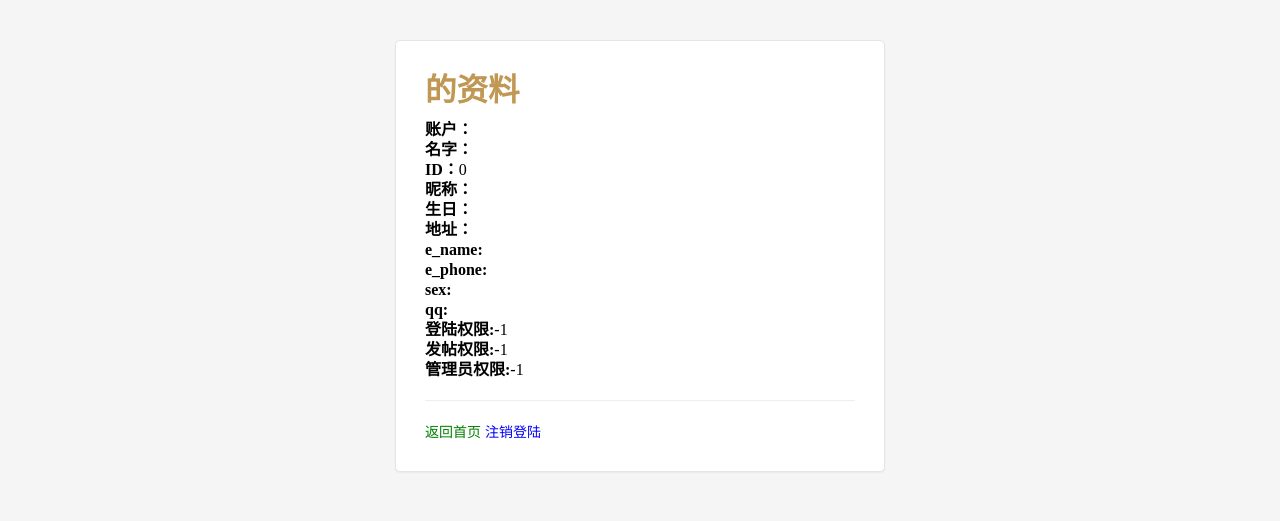
Repository: hbisheng/Academic-portal-website
Page: http://localhost/NewInfo/account/user_info.jsp
The author's editor kept a copy of each file at every save. The page is drawn from the files as they stood at one save, then again after a run of saves.
The browser window is 1280 px wide. The pictures show the whole page.
The page is served by Tomcat 9. Other server files are loaded and not shown.

Above is the page before, as saved 2014-09-21 19:08:40.

### Java_info/NewInfo/WebContent/account/user_info.jsp
<%@page import="edu.thu.cs.*" %>
<%@page import="jdbc.JdbcDao"%>

<%@ page language="java" contentType="text/html; charset=UTF-8"
    pageEncoding="UTF-8"%>
<!DOCTYPE html PUBLIC "-//W3C//DTD HTML 4.01 Transitional//EN" "http://www.w3.org/TR/html4/loose.dtd">
<html lang="en">
<head>
<meta http-equiv="Content-Type" content="text/html; charset=UTF-8">

<link href="../bootstrap/css/bootstrap.css" rel="stylesheet">
<link href="../bootstrap/css/bootstrap-responsive.css" rel="stylesheet">
<style type="text/css">
      body {
        padding-top: 40px;
        padding-bottom: 40px;
        background-color: #f5f5f5;
      }
      .form-signin {
        max-width: 430px;
        padding: 19px 29px 29px;
        margin: 0 auto 20px;
        background-color: #fff;
        border: 1px solid #e5e5e5;
        -webkit-border-radius: 5px;
           -moz-border-radius: 5px;
                border-radius: 5px;
        -webkit-box-shadow: 0 1px 2px rgba(0,0,0,.05);
           -moz-box-shadow: 0 1px 2px rgba(0,0,0,.05);
                box-shadow: 0 1px 2px rgba(0,0,0,.05);
      }
      .form-signin .form-signin-heading,
      .form-signin .checkbox {
        margin-bottom: 10px;
      }
      .form-signin input[type="text"],
      .form-signin input[type="password"] {
        font-size: 16px;
        height: auto;
        margin-bottom: 15px;
        padding: 7px 9px;
      }
      a{
		text-decoration: none;
		color:blue;
		}
    </style>

<title>用户信息</title>
</head>
<body>

 <div class="container form-signin">
  <div class="row-fluid">
<%
	String nickname  = request.getParameter("user");
	String id_string = request.getParameter("id");
	System.out.println("In user_info: nickname "+nickname);
	System.out.println("In id_string: id "+id_string);

	String this_url = "user_info.jsp";
	JdbcDao jdbc = new JdbcDao();
	User who = new User();
	if(nickname != null)
	{
		who.id=0;
		who.nickname = nickname;
		who = jdbc.getUser(who);
		if(who==null)
			return;
	}
	else if(id_string != null)
	{
		who.id = Integer.parseInt(id_string);
		who = jdbc.getUser(who);
		if(who==null)
			return;
	}
%>

<%
	if(who != null){
		%><h2 class="form-signin-heading text-warning"><%=who.nickname%>的资料</h2><%
		%><font size = 3 face ="微软雅黑" color=black>
		<b>账户：</b><%=who.account %><br>
		<b>名字：</b><%=who.realname %><br>
		<b>ID：</b><%=who.id %><br>
		<b>昵称：</b><%=who.nickname %><br>
		<b>生日：</b><%=who.birth %><br>
		<b>地址：</b><%=who.address %><br>
		<b>e_name:</b><%=who.e_name %><br>
		<b>e_phone:</b><%=who.e_phone %><br>
		<b>sex:</b><%=who.sex %><br>
		<b>qq:</b> <% if(who.qq!=null&&!who.qq.equals("")){out.println(who.qq);}%><br>

		<b>登陆权限:</b><%=who.permit_login %><br>
		<b>发帖权限:</b><%=who.permit_post %><br>
		<b>管理员权限:</b><%=who.permit_admin %><br>
		<%
		User user = (User)session.getAttribute("user");
		if(user != null)
		{
			user = jdbc.getUser(user);
			session.setAttribute("user", user);

			if(user.id == who.id)
			{
				%><a href = "modify.jsp"><b>修改个人资料</b></a><%
			}
			else if(user.permit_admin > 0)
			{
				String not_login = this_url+"?id="+who.id+"&action=not_login";
				String yes_login = this_url+"?id="+who.id+"&action=yes_login";
				String not_post = this_url+"?id="+who.id+"&action=not_post";
				String yes_post = this_url+"?id="+who.id+"&action=yes_post";
				String not_admin = this_url+"?id="+who.id+"&action=not_admin";
				String yes_admin = this_url+"?id="+who.id+"&action=yes_admin";
				%><h4>管理员可以修改他人权限</h4>
				<a href = <%=not_login%>>禁止登陆</a>
				<a href = <%=yes_login%>>恢复登陆</a><br>
				<a href = <%=not_post %>>禁止发帖 </a>
				<a href = <%=yes_post %>>恢复发帖</a><br>
				<a href = <%=yes_admin %>>升级为管理员 </a>
				<a href = <%=not_admin %>>取消管理员 </a><%

				String action = null;
				action = request.getParameter("action");
				if(action != null)
				{
					User user_ = new User();
					user_.id = Integer.parseInt(request.getParameter("id"));
					System.out.println(user_.id);
					user_ = jdbc.getUser(user_);
					if(action.equals("not_login"))
						user_.permit_login = 0;
					else if(action.equals("yes_login"))
						user_.permit_login = 1;
					else if(action.equals("not_post"))
						user_.permit_post = 0;
					else if(action.equals("yes_post"))
						user_.permit_post = 1;
					else if(action.equals("yes_admin"))
						user_.permit_admin = 1;
					else if(action.equals("not_admin"))
						user_.permit_admin = 0;
					jdbc.updateUser(user_);

					if(nickname != null)
						response.sendRedirect(this_url+"?user="+nickname);
					else
						response.sendRedirect(this_url+"?id="+who.id);
				}
			}
		}
	}
%>
</font>

<hr><a href="../home.jsp" style="color:green">返回首页</a>
	<a href="../home.jsp?quit=yes" style="color:blue">注销登陆</a>

</div>
</div>
</body>
</html>

### Java_info/NewInfo/src/edu/thu/cs/User.java
package edu.thu.cs;
import jdbc.*;

public class User {
	public int id=0;
	public String account="";
	public String password="";
	public String realname="";
	public String nickname="";
	public String sex="";
	public String birth="";
	public String phone="";
	public String e_name="";
	public String e_phone="";
	public String address="";
	public String qq="";
	public int verify=-1;
	public int permit_login=-1;
	public int permit_post=-1;
	public int permit_admin=-1;

	public boolean isValid()
	{
		if((account == null)||(password==null)||(realname==null)||(nickname==null)
				||(sex==null)||(birth==null)||(phone==null)||(e_name==null)||(e_phone==null)
				||(address==null))
		{
			return false;
		}

		return ( !(account.equals(""))&&!(password.equals(""))&&!(realname.equals(""))
				&&!(nickname.equals(""))&&(!sex.equals(""))&&!(birth.equals(""))&&!(phone.equals(""))
				&&!(e_name.equals(""))&&!(e_phone.equals(""))&&!(address.equals(""))&&!(permit_login==-1)
				&&!(permit_post==-1)&&!(permit_admin==-1)&&!(verify==-1));
	}
	public int isOld()
	{
		JdbcDao jdbc = new JdbcDao();
		User user = new User();
		user.id=0;
		user.account = account;
		user = jdbc.getUser(user);
		if(user != null)
			return 1;//user
		User user2 = new User();
		user2.id=0;
		user2.account = null;
		user2.nickname = nickname;
		user2 = jdbc.getUser(user2);
		if(user2 != null)
			return 2;//nickname
		return 0;
	}
}

Loaded but not shown: Java_info/NewInfo/WebContent/bootstrap/css/bootstrap.css (library); Java_info/NewInfo/WebContent/bootstrap/css/bootstrap-responsive.css (library); Java_info/NewInfo/src/jdbc/JdbcDao.java (883 lines, source omitted)

After the next 2 saves:
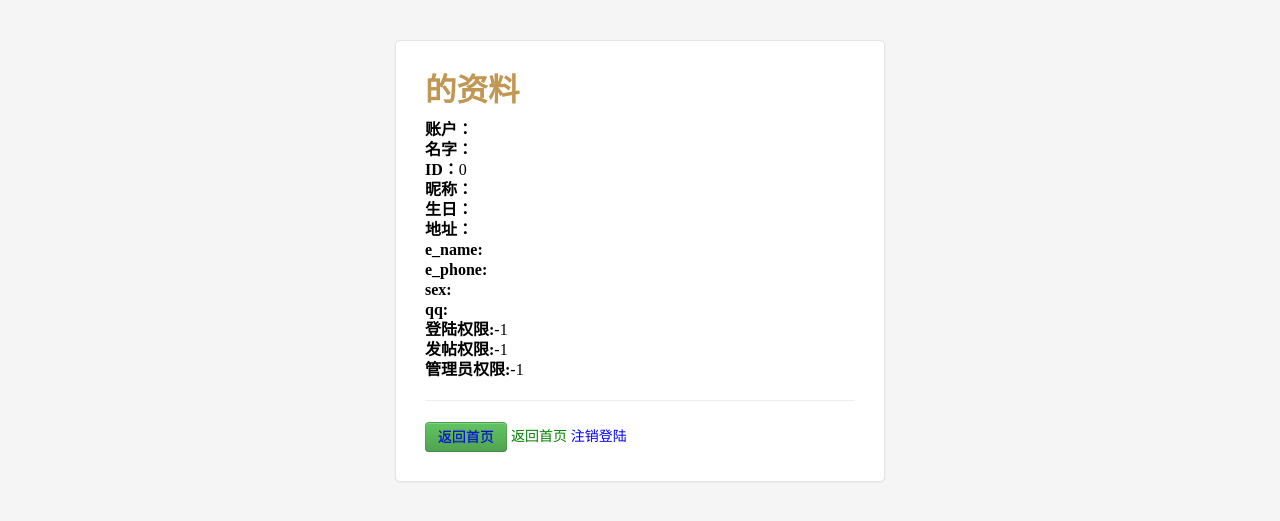
The 2 saves are shown as one change because they came seconds apart.
The last was saved 56 s later.
--- a/Java_info/NewInfo/WebContent/account/user_info.jsp
+++ b/Java_info/NewInfo/WebContent/account/user_info.jsp
@@ -156,7 +156,8 @@
 %>
 </font>
 
-<hr><a href="../home.jsp" style="color:green">返回首页</a>
+<hr><button class="btn btn-success" ><a href="../home.jsp">返回首页</a></button>
+<a href="../home.jsp" style="color:green">返回首页</a>
 	<a href="../home.jsp?quit=yes" style="color:blue">注销登陆</a>
 
 </div>
